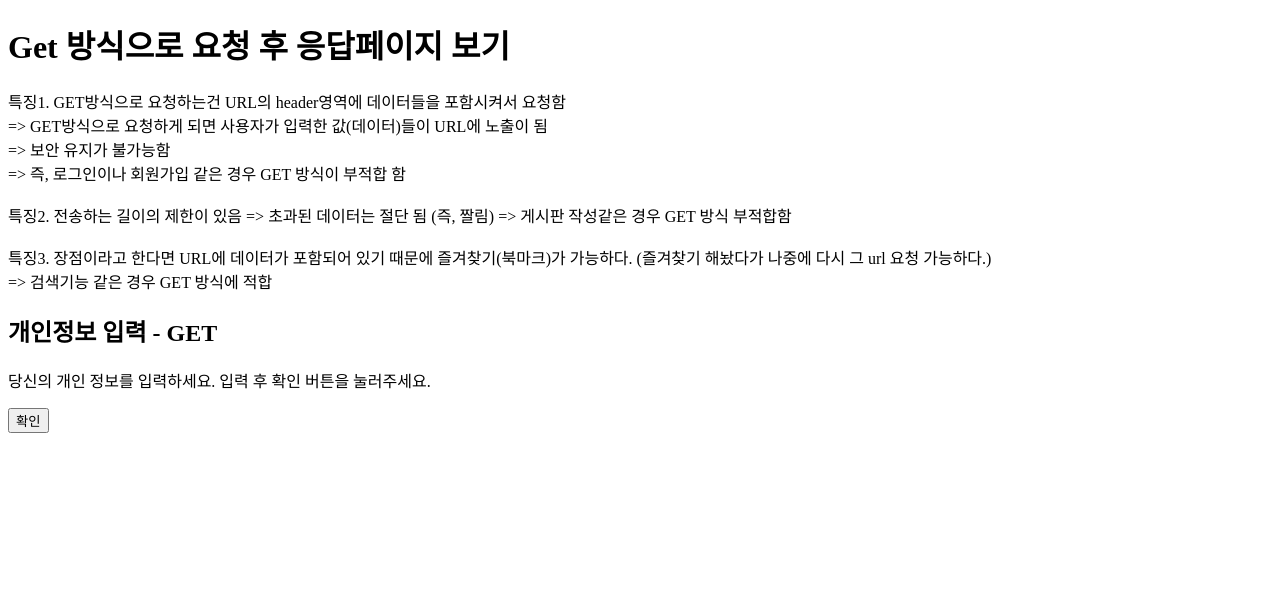
Repository: pje00427/webserver_workspace1
Page: 1_Servlet/WebContent/views/requestTest_GET.html
These files come from the project's save history. The page is drawn as it stood at one moment and after the next save; the edit follows.
The browser window is 1280 px wide. The pictures show the whole page.

Above is the page before, as saved 2020-08-27 05:12:06.

After the next save:
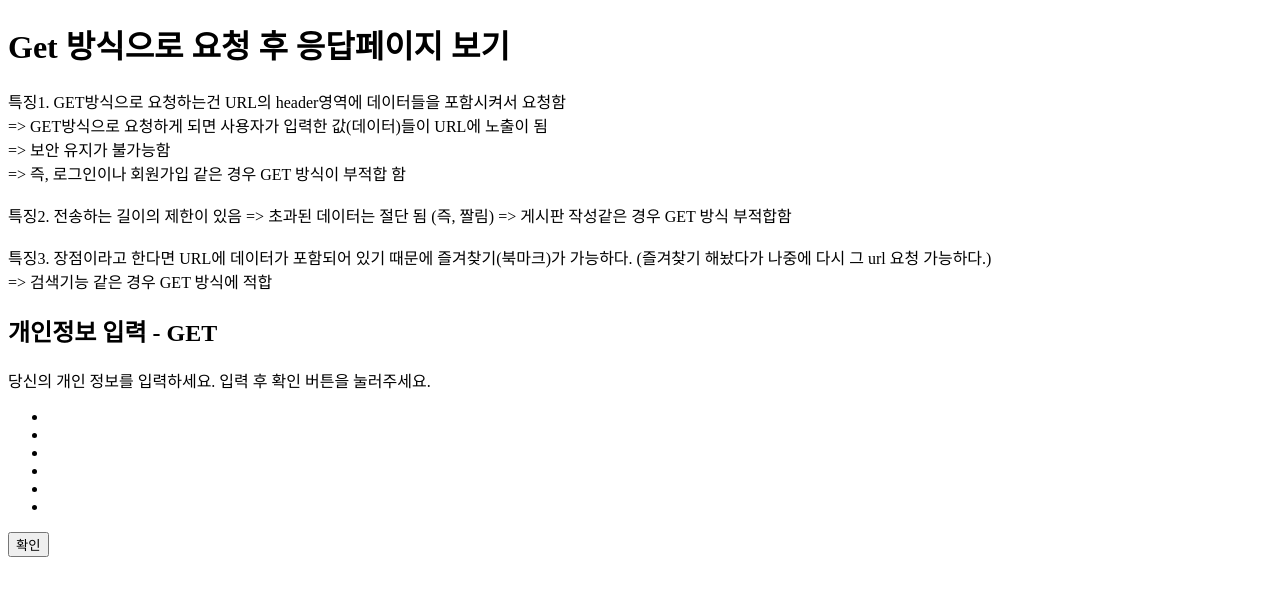
Saved 52 s later.
--- a/1_Servlet/WebContent/views/requestTest_GET.html
+++ b/1_Servlet/WebContent/views/requestTest_GET.html
@@ -25,6 +25,14 @@
 
 	<form action="요청할서버매핑값" method="GET">
 
+		<ul>
+			<li></li>
+			<li></li>
+			<li></li>
+			<li></li>
+			<li></li>
+			<li></li>
+		</ul>
 
 
 		<input type="submit" value="확인">
